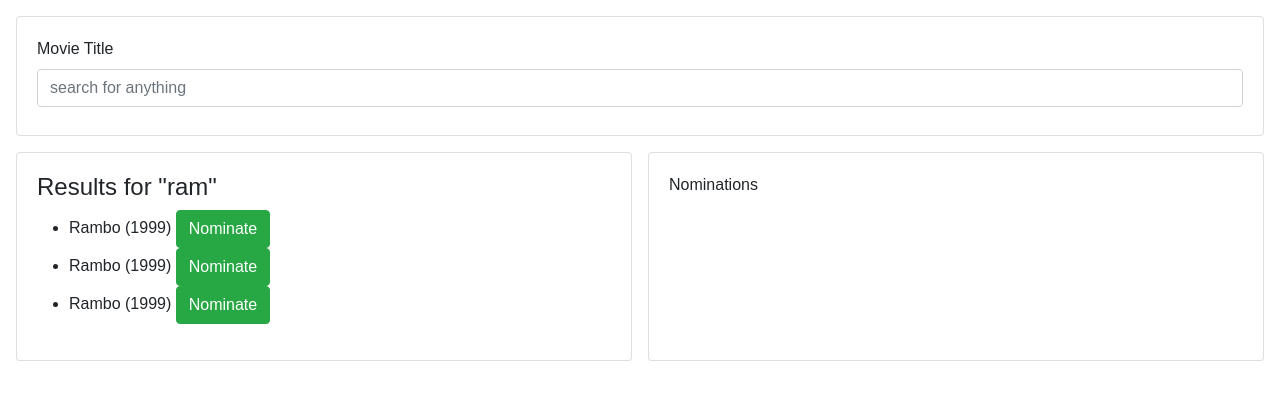
Repository: akinsikuoluwafemi/shoppies-movie-collection
Page: /
An editor plug-in stored every save of this project. The page is shown before and after the next save, followed by the edit.
The browser window is 1280 px wide. The pictures show the whole page.
The project was rebuilt for these pictures with package versions that can differ from the ones it lists, and the page was loaded fresh each time. Also part of the build but not shown: src/App.css.

Above is the page before, as saved 2021-01-10 09:13:12.

### public/index.html
<!DOCTYPE html>
<html lang="en">
  <head>
    <meta charset="utf-8" />
    <link rel="icon" href="%PUBLIC_URL%/huge.png" />
    <meta name="viewport" content="width=device-width, initial-scale=1" />
    <meta name="theme-color" content="#000000" />
    <meta
      name="description"
      content="Web site created using create-react-app"
    />
    <link rel="apple-touch-icon" href="%PUBLIC_URL%/logo192.png" />


    <link rel="stylesheet" href="https://stackpath.bootstrapcdn.com/bootstrap/4.4.1/css/bootstrap.min.css"
      integrity="sha384-Vkoo8x4CGsO3+Hhxv8T/Q5PaXtkKtu6ug5TOeNV6gBiFeWPGFN9MuhOf23Q9Ifjh" crossorigin="anonymous">
    <!--
      manifest.json provides metadata used when your web app is installed on a
      user's mobile device or desktop. See https://developers.google.com/web/fundamentals/web-app-manifest/
    -->
    <link rel="manifest" href="%PUBLIC_URL%/manifest.json" />
    <!--
      Notice the use of %PUBLIC_URL% in the tags above.
      It will be replaced with the URL of the `public` folder during the build.
      Only files inside the `public` folder can be referenced from the HTML.

      Unlike "/favicon.ico" or "favicon.ico", "%PUBLIC_URL%/favicon.ico" will
      work correctly both with client-side routing and a non-root public URL.
      Learn how to configure a non-root public URL by running `npm run build`.
    -->
    <title>Shoppies Movie Collection</title>
  </head>
  <body>
    <noscript>You need to enable JavaScript to run this app.</noscript>
    <div id="root"></div>
    <!--
      This HTML file is a template.
      If you open it directly in the browser, you will see an empty page.

      You can add webfonts, meta tags, or analytics to this file.
      The build step will place the bundled scripts into the <body> tag.

      To begin the development, run `npm start` or `yarn start`.
      To create a production bundle, use `npm run build` or `yarn build`.
    -->
    <script
  src="https://code.jquery.com/jquery-3.3.1.slim.min.js"
  integrity="sha384-q8i/X+965DzO0rT7abK41JStQIAqVgRVzpbzo5smXKp4YfRvH+8abtTE1Pi6jizo"
  crossorigin="anonymous"
></script>
<script
  src="https://cdnjs.cloudflare.com/ajax/libs/popper.js/1.14.7/umd/popper.min.js"
  integrity="sha384-UO2eT0CpHqdSJQ6hJty5KVphtPhzWj9WO1clHTMGa3JDZwrnQq4sF86dIHNDz0W1"
  crossorigin="anonymous"
></script>
<script
  src="https://stackpath.bootstrapcdn.com/bootstrap/4.3.1/js/bootstrap.min.js"
  integrity="sha384-JjSmVgyd0p3pXB1rRibZUAYoIIy6OrQ6VrjIEaFf/nJGzIxFDsf4x0xIM+B07jRM"
  crossorigin="anonymous"
></script>

  </body>
</html>

### src/index.css

* {
    margin: 0;
    padding: 0;
    box-sizing: border-box;
    font-family: 'Poppins', sans-serif;

}

body {
  margin: 0;
  font-family: -apple-system, BlinkMacSystemFont, 'Segoe UI', 'Roboto', 'Oxygen',
    'Ubuntu', 'Cantarell', 'Fira Sans', 'Droid Sans', 'Helvetica Neue',
    sans-serif;
  -webkit-font-smoothing: antialiased;
  -moz-osx-font-smoothing: grayscale;
}

code {
  font-family: source-code-pro, Menlo, Monaco, Consolas, 'Courier New',
    monospace;
}

### src/App.js
import './App.css';
import Home from './Pages/Home';


function App() {
  return (
    <Home/>
  );
}

export default App;

### src/Pages/Home.js
import React from 'react';
import SearchBar from '../components/SearchBar';
import SearchResults from '../components/SearchResults';
import Nominations from '../components/Nominations';
import './Home.css';



export default function Home() {
    return (
      <div className="home-wrapper">
        <div className="home-wrapper_search">
          <SearchBar />
        </div>
        <div className=" search-wrapper">
          <SearchResults />
          <Nominations />
        </div>
      </div>
    );
}

### src/components/SearchBar.js
import React from 'react'

// http://www.omdbapi.com/?i=tt3896198&apikey=2a3aa076

export default function SearchBar() {
    return (
      <div class="card w-100">
            <div class="card-body">
                <div class="mb-2">
                    <label for="movie" class="form-label">Movie Title</label>
                    <input type="search" class="form-control" placeholder="search for anything"/>
                </div>
            </div>
      </div>
    );
}

### src/components/SearchResults.js
import React from 'react';
import CardWrapper from './CardWrapper';
import '../Pages/Home.css';


export default function SearchResults() {
    return (
      <CardWrapper>
        <h4>Results for "ram"</h4>
        <ul className="list">
          <li className="list-item">
            Rambo (1999) <button className="btn btn-success">Nominate</button>
          </li>
          <li className="list-item">
            Rambo (1999) <button className="btn btn-success">Nominate</button>
            <li className="list-item">
              Rambo (1999) <button className="btn btn-success">Nominate</button>
            </li>
          </li>
        </ul>
      </CardWrapper>
    );
}

### src/components/Nominations.js
import React from 'react';
import CardWrapper from './CardWrapper';


export default function Nominations() {
    return <CardWrapper>Nominations</CardWrapper>;
}

### src/Pages/Home.css
.home-wrapper {
    padding: 1rem;
}

.search-wrapper {
    /* background: pink; */
    width: 100%;
    /* padding-top: 2rem; */
    display: grid;
    grid-template-rows: repeat(2,1fr);
    grid-template-columns: repeat(auto-fit, minmax(200px, 1fr));
    grid-gap: 1rem;
}
.home-wrapper_search {
    /* margin: .5rem; */
    padding-bottom: 1rem;

}

.list > li {
    margin-left: 2rem!important;
}

### src/components/CardWrapper.js
import React from 'react'

export default function CardWrapper({children}) {
    return (
      <div className="card w-100">
            <div className="card-body">{ children}</div>
      </div>
    );
}

Loaded but not shown: src/index.js (common file); src/reportWebVitals.js (common file)

After the next save:
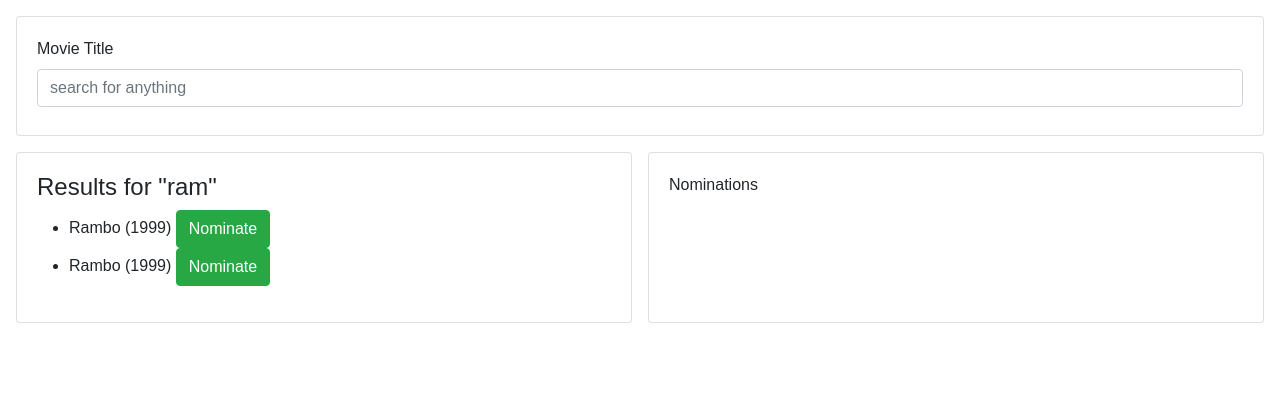
Saved 4 s later.
--- a/src/components/SearchResults.js
+++ b/src/components/SearchResults.js
@@ -5,19 +5,13 @@ import '../Pages/Home.css';
 
 export default function SearchResults() {
     return (
-      <CardWrapper>
-        <h4>Results for "ram"</h4>
-        <ul className="list">
-          <li className="list-item">
-            Rambo (1999) <button className="btn btn-success">Nominate</button>
-          </li>
-          <li className="list-item">
-            Rambo (1999) <button className="btn btn-success">Nominate</button>
-            <li className="list-item">
-              Rambo (1999) <button className="btn btn-success">Nominate</button>
-            </li>
-          </li>
-        </ul>
+        <CardWrapper>
+            <h4>Results for "ram"</h4>
+            <ul className="list">
+                <li className="list-item" >Rambo (1999) <button className="btn btn-success" >Nominate</button></li>
+                <li className="list-item" >Rambo (1999) <button className="btn btn-success" >Nominate</button></li>
+
+            </ul>
       </CardWrapper>
     );
 }
